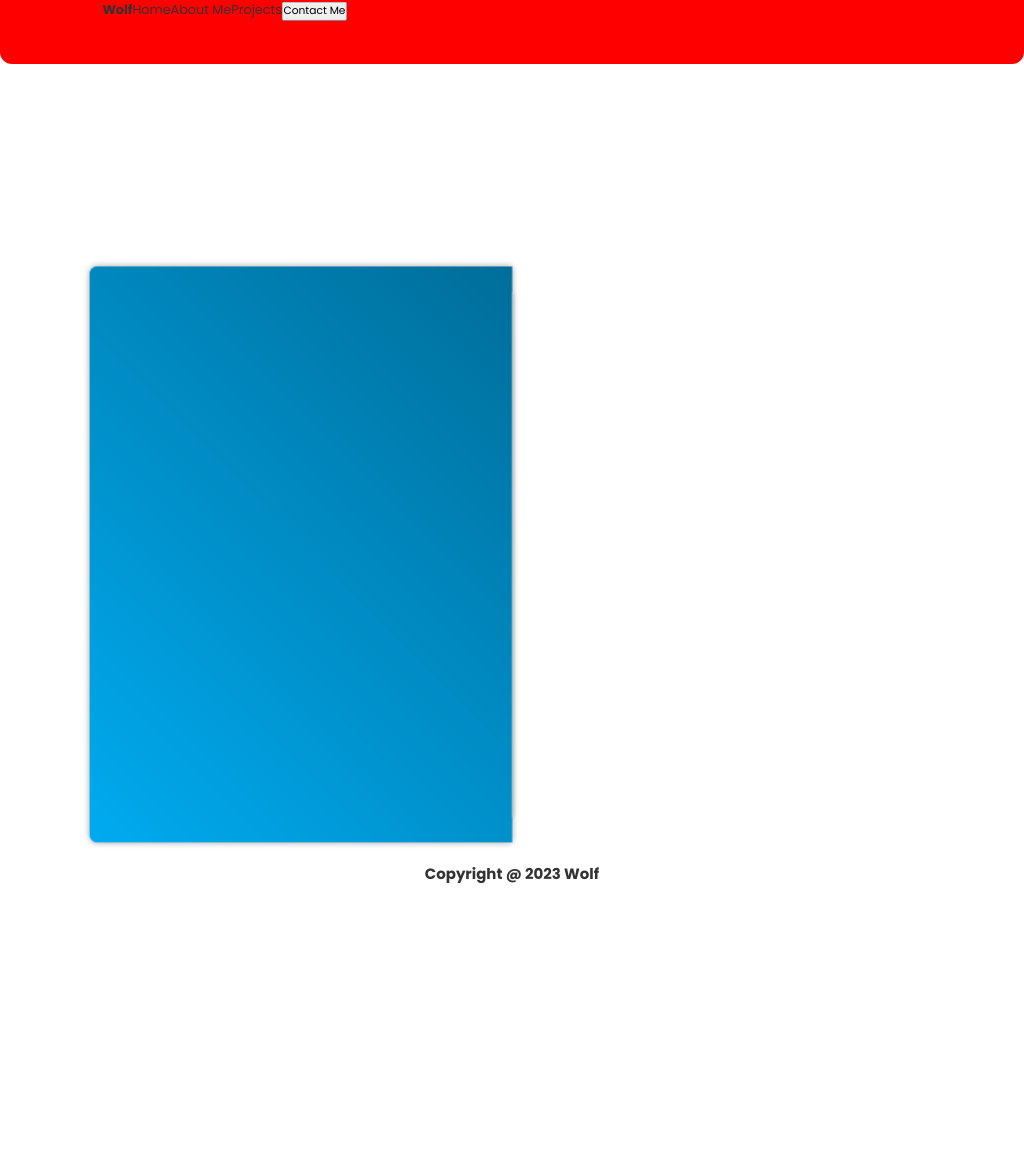
Repository: Ego-Wolf/Portfolio
Page: index.html
An editor plug-in stored every save of this project. The page is shown before and after the next save, followed by the edit.
The browser window is 1280 px wide. The pictures show the whole page, at 80% of full size.
Pictures or frames that could not be fetched are drawn as grey boxes.

Above is the page before, as saved 2023-12-14 16:08:20.

After the next save:
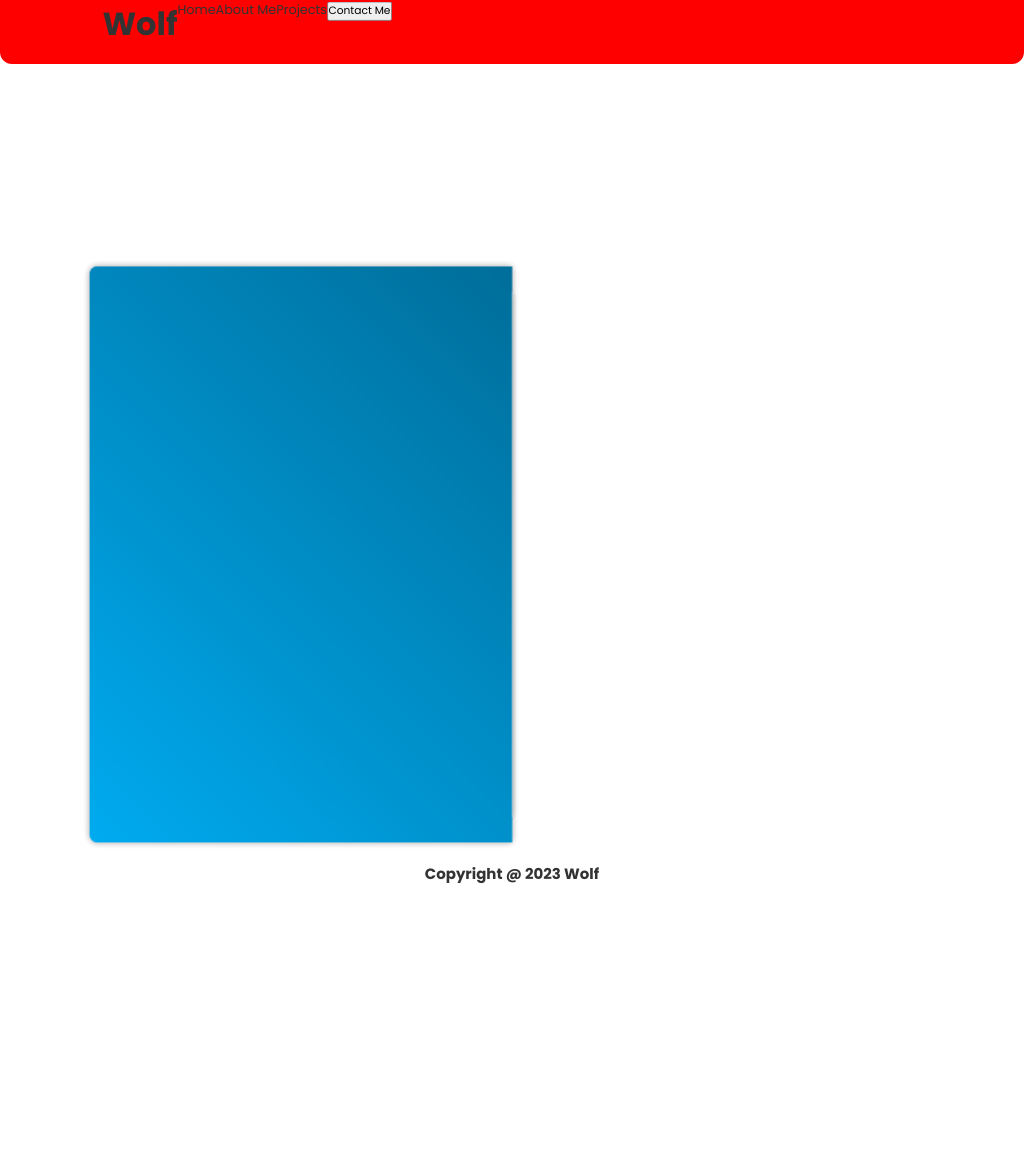
Saved 29 s later.
--- a/style.css
+++ b/style.css
@@ -53,7 +53,8 @@
 }
 
 .header ul h3 {
-    font-size: 16px;
+    font-size: 40px;
+
 }
 
 .header ul {
